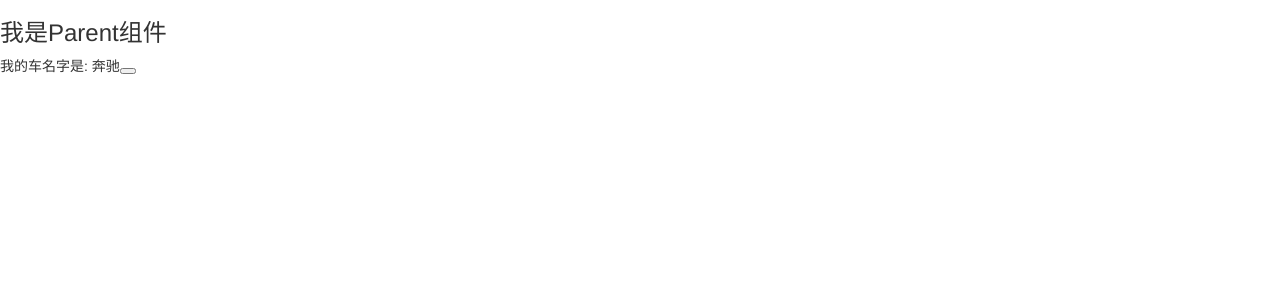
Repository: JinYiGao/ReactLearning
Page: / (app in 14.React脚手架/react_extension/)
These files come from the project's save history. The page is drawn as it stood at one moment and after the next save; the edit follows.
The browser window is 1280 px wide. The pictures show the whole page.
The project was rebuilt for these pictures with package versions that can differ from the ones it lists, and the page was loaded fresh each time. Also part of the build but not shown: 14.React脚手架/react_extension/src/components/5_Context/index.jsx.

Above is the page before, as saved 2022-04-12 23:40:37.

After the next save:
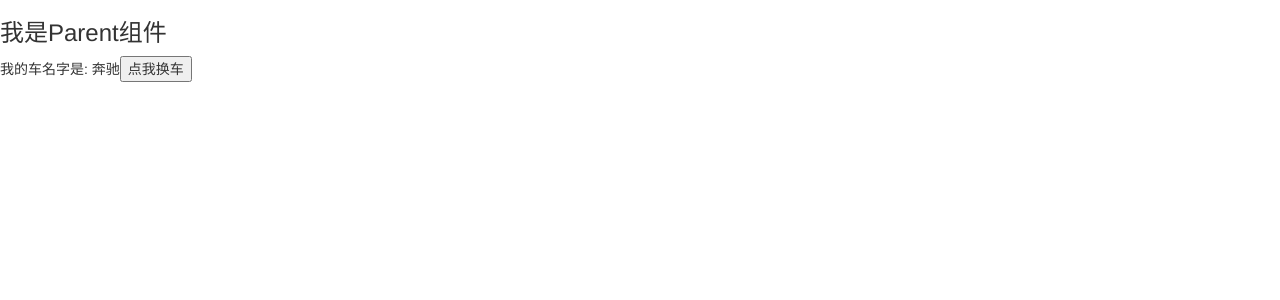
Saved 4 s later.
--- a/14.React脚手架/react_extension/src/components/6_optimizes/index.jsx
+++ b/14.React脚手架/react_extension/src/components/6_optimizes/index.jsx
@@ -15,7 +15,7 @@ export default class Parent extends Component {
       <div>
           <h3>我是Parent组件</h3>
           <span>我的车名字是: {this.state.carName}</span>
-          <button onClick={this.changeCar}></button>
+          <button onClick={this.changeCar}>点我换车</button>
       </div>
     )
   }
